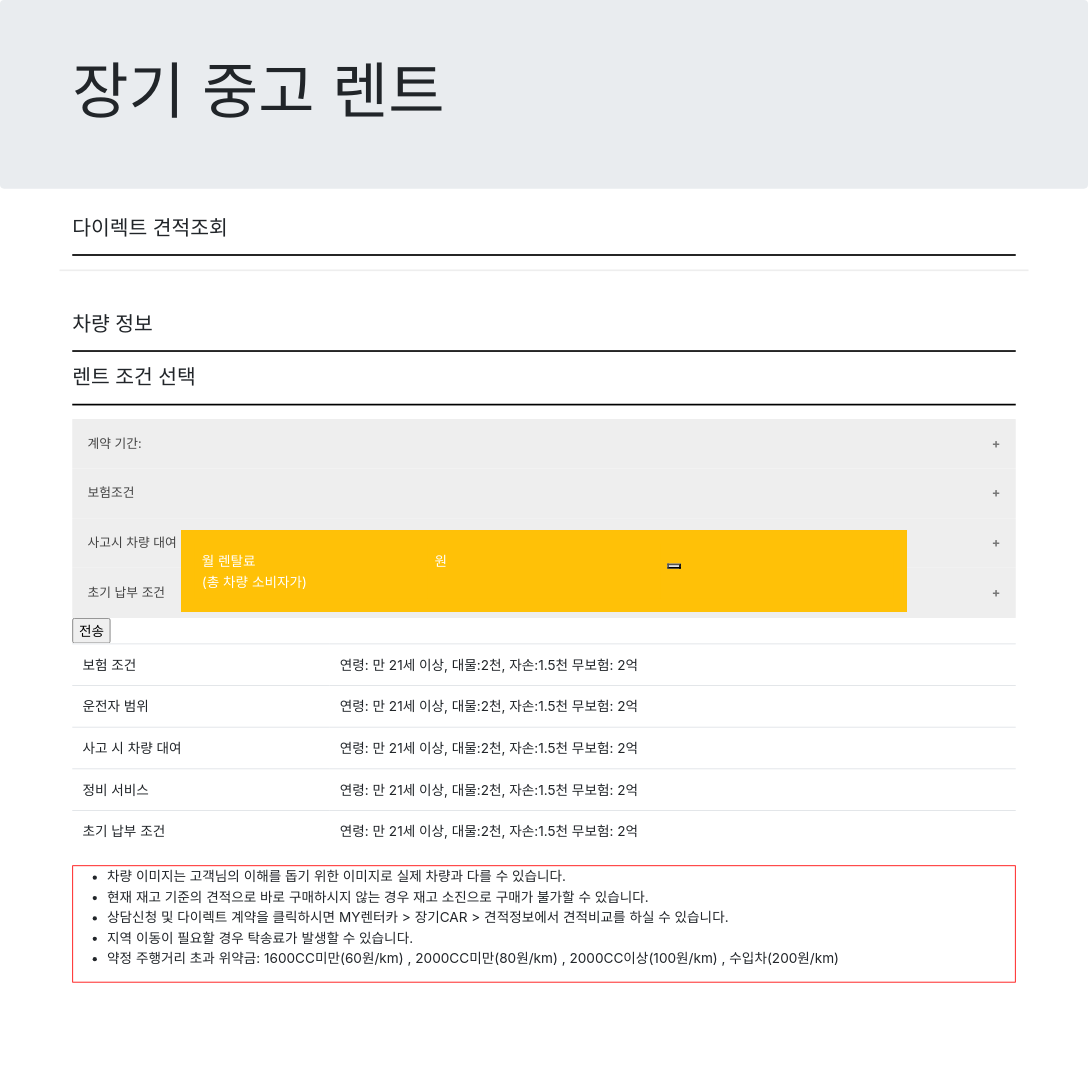
Repository: hyebinkim00/Project
Page: http://localhost/jsp/long_lent_oldcar/carLent.jsp
The author's editor kept a copy of each file at every save. The page is drawn from the files as they stood at one save, then again after the next save.
The browser window is 1280 px wide. The pictures show the whole page, at 85% of full size.
The page is served by Tomcat 9. Other server files are loaded and not shown. Queries for data that is not in the repository find no rows.

Above is the page before, as saved 2020-09-16 07:40:14.

### jsp/WebContent/long_lent_oldcar/carLent.jsp
<%@page import="java.net.URLDecoder"%>
<%@page language="java" contentType="text/html; charset=UTF-8" pageEncoding="UTF-8"%>
<%@taglib prefix="c" uri="http://java.sun.com/jsp/jstl/core" %>
<%@taglib prefix="sql" uri="http://java.sun.com/jsp/jstl/sql"  %>
<% request.setCharacterEncoding("utf-8");
//URLEncoder.encode

String carname=request.getParameter("carname");
/* String carname = new String(request.getParameter("carname").getBytes("8859_1"), "EUC-KR"); */

%>

<!DOCTYPE html>
<html>
<head>
<meta name="viewport" content="width=device-width, initial-scale=1">
<style>
.accordion {
  background-color: #eee;
  color: #444;
  cursor: pointer;
  padding: 18px;
  width: 100%;
  border: none;
  text-align: left;
  outline: none;
  font-size: 15px;
  transition: 0.4s;
}

.active, .accordion:hover {
  background-color: #ccc;
}

.accordion:after {
  content: '\002B';
  color: #777;
  font-weight: bold;
  float: right;
  margin-left: 5px;
}

.active:after {
  content: "\2212";
}

.panel {
  padding: 0 18px;
  background-color: white;
  max-height: 0;
  overflow: hidden;
  transition: max-height 0.2s ease-out;
}

div.f{
border: 1px solid red;}
</style>
 <link rel="stylesheet" href="https://maxcdn.bootstrapcdn.com/bootstrap/4.5.2/css/bootstrap.min.css">
<meta charset="UTF-8" />
<title>장기 중고 상세</title>
<script src="https://code.jquery.com/jquery-3.5.1.min.js"></script>
<script src="https://ajax.googleapis.com/ajax/libs/jquery/3.5.1/jquery.min.js"></script>
</head>  <script src="https://maxcdn.bootstrapcdn.com/bootstrap/4.5.2/js/bootstrap.min.js"></script>
<body>
<script type="text/javascript">

		function checkTest1() {

			let testValue = document.getElementById("cntrTermMm1").value;

			document.getElementById("result1").innerHTML = testValue;

		}
</script>

<script type="text/javascript">

		function checkTest2() {

			let testValue = document.getElementById("cntrTermMm2").value;

			document.getElementById("result2").innerHTML = testValue;

		}
</script>

<script type="text/javascript">

		function checkTest4() {
			let testValue = document.getElementById("cntrTermMm4").value;

			let a = document.getElementById("price").value;

			alert(a)
			;
			let d= a-(a* testValue);

			alert(d);

			document.getElementById("mprice").value = d;

			document.getElementById("result4").innerHTML=d;
			let o=document.getElementById("mprice").value;

			alert(o);

		}
</script>

<script>
function go(){
	let form= document.userinput;
	form.submit();

}
</script>



	<div class="jumbotron">
		<div class="container">
			<h1 class="display-3">장기 중고 렌트</h1>
		</div>
	</div>

<div class="container">
<h4>다이렉트 견적조회</h4>
<hr style="border: solid 1px black " />

	<div class="row" style="border: 1px solid #eeeeee">
		<sql:setDataSource var="dataSource"
			url="jdbc:oracle:thin:@localhost:1521:XE"
			driver="oracle.jdbc.driver.OracleDriver"
			user="hr" password="hr"/>
			<sql:query var="resultSet" dataSource="${dataSource}">
			select * from member where id=?
			 <sql:param value="${param.carname}"/>
			</sql:query>
			<c:forEach var="row" items="${resultSet.rows}">
			<div class="col-md-5" style="border-spacing: 5px;">

				<img src="../resources/images/${row.carname}.jpg" style="width: 100%;">
			</div>
			<div class="col-md-1">

			</div>
			<div class="col-md-6">
				<br><br>


				<h3>
				<c:out value="${row.carname}"/>
				</h3>

				<hr>
				<table>
					<tr>
						<td colspan="2"><span><strong>모델명</strong></span></td>
						<td><c:out value="${row.carname}"/></td>
					</tr>
					<tr>
						<td colspan="2"><span><strong>소비자 가</strong></span>  &nbsp; &nbsp; &nbsp;</td>
						<td><c:out value="${row.carprice}"/></td>
					</tr>
					<tr>
						<td colspan="2"><span><strong>계약 기간</strong></span></td>
						<td>최대<c:out value="${row.lent}"/>개월</td>
					</tr>
				</table>
				<hr>
				<p>
					표준렌탈료 &nbsp; &nbsp; &nbsp; <font size="5" color="red"> <c:out value="${row.monthprice }" /></font>원
				</p>

			</div>
			<c:set var="lentt" value="${row.lent}"/>

			</c:forEach>
		</div>



		<div>
		<br><br>
			<h4>차량 정보</h4>
			<hr style="border: solid 1px black " />
			<div>
			<sql:query var="resultSet" dataSource="${dataSource}">
			select * from member where id=?
			 <sql:param value="${param.carname}"/>
			</sql:query>
			<c:forEach var="row" items="${resultSet.rows}">
				<table class="table" id="table">
					<tr>
						<th class="bg-light text-dark">제조사</th>
						<td><c:out value="${row.facname}"></c:out></td>
						<th class="bg-light text-dark">차량번호</th>
						<td><c:out value="${row.id}"></c:out></td>
					</tr>
					<tr>
						<th class="bg-light text-dark">차종</th>
						<td><c:out value="${row.carnum}"></c:out></td>
						<th class="bg-light text-dark">최초 등록일</th>
						<td>2017-10-18</td>
					</tr>
					<tr>
						<th class="bg-light text-dark">모델명</th>
						<td colspan="3"><c:out value="${row.carname}"></c:out></td>
					</tr>
					<tr>
						<th class="bg-light text-dark">제조사차량옵션</th>
						<td colspan="3">4단자동변속기</td>
					</tr>
					<tr>
						<th class="bg-light text-dark" >제조사차량옵션2</th>
						<td colspan="3">-</td>
					</tr>
					<tr>
						<th class="bg-light text-dark">연료</th>
						<td><c:out value="${row.fuel}"/></td>
						<th class="bg-light text-dark">지점</th>
						<td><c:out value="${row.lentoffice}"/></td>
					</tr>

				</table>
				<c:set var="car_price" value="${row.monthprice }"> </c:set>
				<c:set var="car_name" value="${row.carname }"> </c:set>
				<c:set var="lent_office" value="${row.lentoffice }"> </c:set>
				<c:set var="prices" value="${row.carprice }"> </c:set>
				</c:forEach>
			</div>


		</div>

<div>
<h4> 렌트 조건 선택 </h4>
<hr style="border: solid 1px black " />


<form method="post" action="shortTerm_payment_completed.jsp" name="userinput" >

<input type="hidden" id="car" name="car" value="${param.carname}">
<input type="hidden" id="carn" name="carn" value="${car_name}">
<input type="hidden" id="carof" name="carof" value="${lent_office}">

<button type="button" class="accordion">계약 기간: &nbsp;&nbsp;&nbsp;<span id="result1"></span></button>
<div class="panel"><span>차량 운행할수 있는 총 대여기간: &nbsp; &nbsp; &nbsp; &nbsp;</span>
<select name="cntrTermMm1" id="cntrTermMm1" class="option01" onchange="checkTest1()" >
<c:forEach var="i" begin="1" end="${lentt}">
<option value="<c:out value="${i}"/>개월"><c:out value="${i}"/>개월</option>	</c:forEach>

</select>
</div>

<button type="button" class="accordion">보험조건  <span id="result2"></span></button>
<div class="panel"><span>계약기간 총 주행거리 초과 시 위약금 발생   </span>
<select  name="cntrTermMm2" id="cntrTermMm2"  class="option02" onchange="checkTest2()" >
<option value="월 2천 Km이하">월 2천 Km이하</option>
<option value="월 3천 Km이하">월 3천 Km이하</option>
<option value="월 4천 Km이하">월 4천 Km이하</option>
</select>
</div>

<button type="button" class="accordion">사고시 차량 대여  <span id="result3"></span></button>
<div class="panel"><span>사고 시 차량 대여 서비스  </span>
<select  name="cntrTermMm3" id="cntrTermMm3"  class="option03"  >
<option value="yes">포함</option>
<option value="no">불 포함</option>
</select>
</div>

<button type="button" class="accordion">초기 납부 조건 </button>
<div class="panel"><span>할인 조건  </span>
<select  name="cntrTermMm4" id="cntrTermMm4"  class="option04" onchange="checkTest4()" >

<option value="0.05">5% 할인</option>
<option value="0.1">10%할인</option>

</select>
<input type="hidden" id="price" name="price" value="${car_price}">
<input type="hidden" id="mprice" name="mprice">
</div>


<input type="submit" value="전송">
</form>

</div>




<table class="table talbe-hover">
<tr><td>보험 조건</td><td>연령: 만 21세 이상, 대물:2천, 자손:1.5천 무보험: 2억</td></tr>
<tr><td>운전자 범위</td><td>연령: 만 21세 이상, 대물:2천, 자손:1.5천 무보험: 2억</td></tr>
<tr><td>사고 시 차량 대여</td><td>연령: 만 21세 이상, 대물:2천, 자손:1.5천 무보험: 2억</td></tr>
<tr><td>정비 서비스</td><td>연령: 만 21세 이상, 대물:2천, 자손:1.5천 무보험: 2억</td></tr>
<tr><td>초기 납부 조건</td><td>연령: 만 21세 이상, 대물:2천, 자손:1.5천 무보험: 2억</td></tr>
</table>

<div class="f">
<ul>
<li>차량 이미지는 고객님의 이해를 돕기 위한 이미지로 실제 차량과 다를 수 있습니다.</li>
<li>현재 재고 기준의 견적으로 바로 구매하시지 않는 경우 재고 소진으로 구매가 불가할 수 있습니다.</li>
<li>상담신청 및 다이렉트 계약을 클릭하시면 <span class="cl-point2">MY렌터카 &gt; 장기CAR &gt; 견적정보</span>에서 견적비교를 하실 수 있습니다.</li>
<li>지역 이동이 필요할 경우 탁송료가 발생할 수 있습니다.</li>
<li>약정 주행거리 초과 위약금: 1600CC미만(60원/km) , 2000CC미만(80원/km) , 2000CC이상(100원/km) , 수입차(200원/km)</li>
</ul>

</div>




</div>



 <br><br><br><br><br>
<div class="container col-sm-8 fixed-bottom ">

  <div class="row d-flex p-3 bg-warning text-white ">
    <div class="col-sm-4 p-2 bg-warning">월 렌탈료<br> (총 차량 소비자가)</div>
    <div class="col-sm-4 p-2 bg-warning"><span id="result4"><c:out value="${car_price}" />원</span><br><c:out value="${prices}" /></div>
    <div class="col-sm-4 p-2 bg-warning"><button onclick="go()"></button></div>
  </div>


  <c:remove var="car_price"/>
<c:remove var="lentt"/>
<c:remove var="car_name"/>
<c:remove var="lent_office"/>
</div>






<script>
var acc = document.getElementsByClassName("accordion");
var i;

for (i = 0; i < acc.length; i++) {
  acc[i].addEventListener("click", function() {
    this.classList.toggle("active");
    var panel = this.nextElementSibling;
    if (panel.style.maxHeight) {
      panel.style.maxHeight = null;
    } else {
      panel.style.maxHeight = panel.scrollHeight + "px";
    }
  });
}
</script>

</body>
</html>

After the next save:
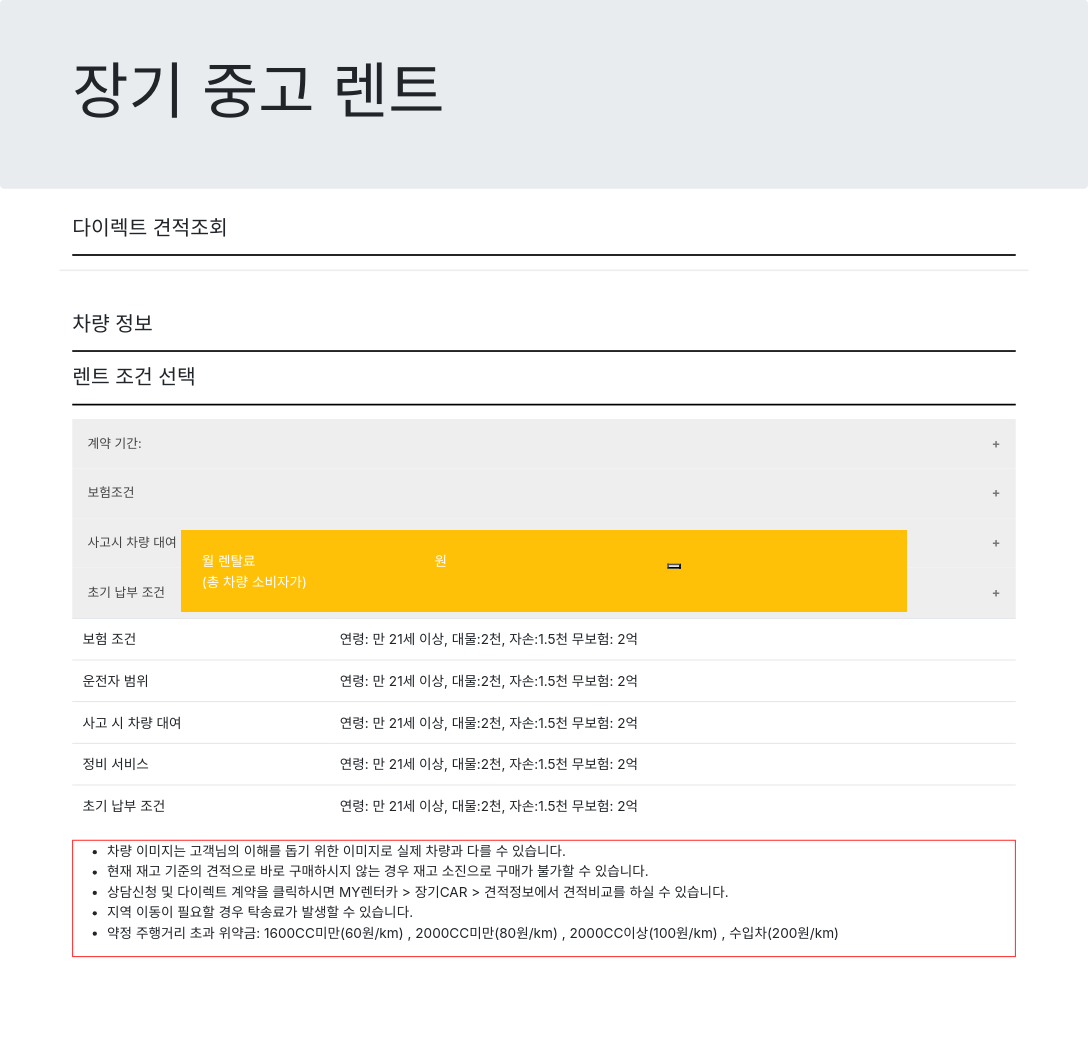
Saved 13 min 45 s later.
--- a/jsp/WebContent/long_lent_oldcar/carLent.jsp
+++ b/jsp/WebContent/long_lent_oldcar/carLent.jsp
@@ -99,7 +99,7 @@ border: 1px solid red;}
 
 			document.getElementById("mprice").value = d;
 
-			document.getElementById("result4").innerHTML=d;
+			document.getElementById("result4").innerHTML=d+'원';
 			let o=document.getElementById("mprice").value;
 
 			alert(o);
@@ -283,7 +283,7 @@ function go(){
 </div>
 
 
-<input type="submit" value="전송">
+
 </form>
 
 </div>
